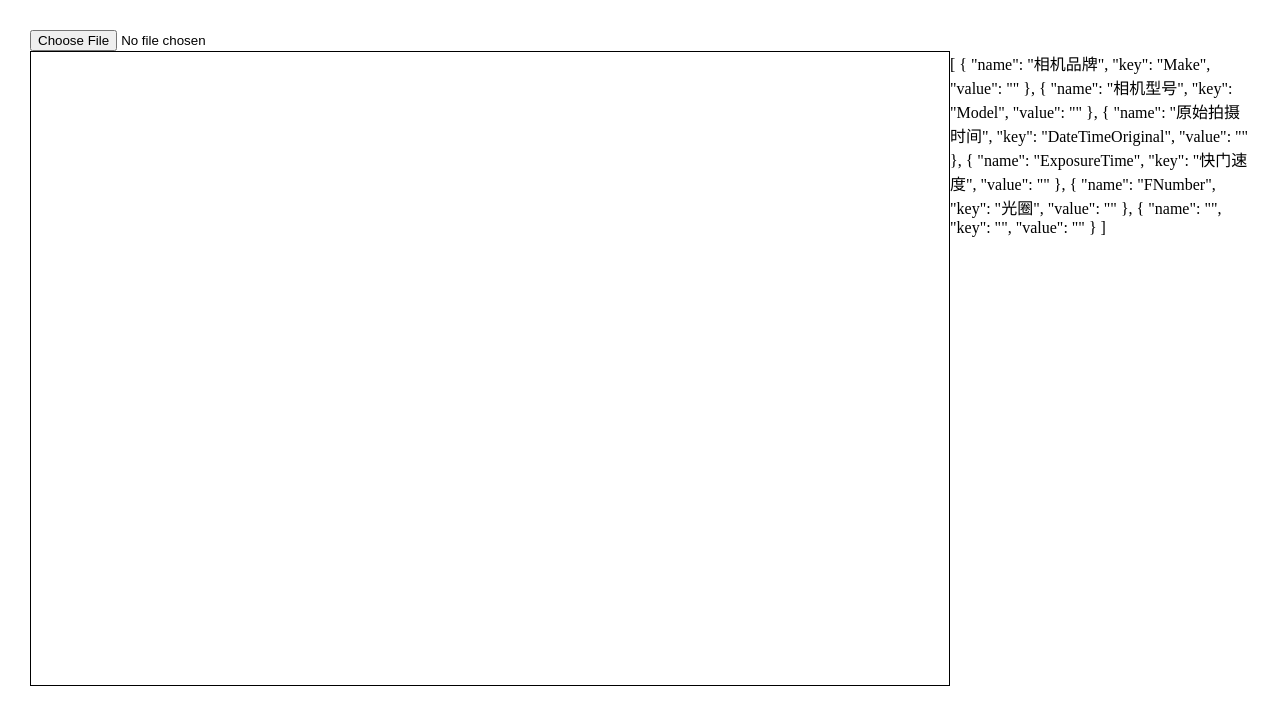
Repository: Gaays/camera-watermark
Page: /
The author's editor kept a copy of each file at every save. The page is drawn from the files as they stood at one save, then again after the next save.
The browser window is 1280 px wide. The pictures show the whole page.
The project was rebuilt for these pictures with package versions that can differ from the ones it lists, and the page was loaded fresh each time. Also part of the build but not shown: vue.config.js.

Above is the page before, as saved 2024-08-17 21:24:48.

### src/App.vue
<template>
  <CameraWatermark />
</template>

<script setup>
import CameraWatermark from './components/cameraWatermark.vue'

</script>

<style>
* {
  box-sizing: border-box;
}

html,
body,
#app {
  margin: 0;
  padding: 0;
  width: 100vw;
  height: 100vh;
}</style>

### src/components/cameraWatermark.vue
<template>
  <div class="content">
    <input type="file" id="fileInput" accept="image/*" @change="handleFileChange">
    <div class="show-box">
      <canvas id="imageCanvas" style="border: 1px solid black;"></canvas>
      <div class="data-box">
        <span>{{ output }}</span>
      </div>
    </div>
  </div>
</template>

<script setup>
import { ref, onMounted } from 'vue'
import EXIF from 'exif-js'

const output = ref([
  {
    name: '相机品牌', key: 'Make', value: ''
  },
  {
    name: '相机型号', key: 'Model', value: ''
  },
  {
    name: '原始拍摄时间', key: 'DateTimeOriginal', value: ''
  },
  {
    name: 'ExposureTime', key: '快门速度', value: ''
  },
  {
    name: 'FNumber', key: '光圈', value: ''
  },
  {
    name: '', key: '', value: ''
  },
])

const handleExif = (arrayBuffer) => {
  const exifData = EXIF.readFromBinaryFile(arrayBuffer);
  const data = JSON.stringify(exifData, null, 2);

}

const handleFileChange = (event) => {
  const file = event.target.files[0];
  if (file) {
    const reader = new FileReader();

    reader.onload = function (e) {
      const arrayBuffer = e.target.result;
      const originImg = URL.createObjectURL(file);
      // 读exif数据
      handleExif(arrayBuffer)

      // canvas渲染图片
      const img = new Image();
      img.onload = function () {
        const canvas = document.getElementById('imageCanvas');
        const ctx = canvas.getContext('2d');
        ctx.clearRect(0, 0, imgBox.value.width, imgBox.value.height);
        const aspectRatio = img.width / img.height;
        let imgWidth = 0
        let imgHeight = 0
        if (img.width >= img.height) {
          imgWidth = imgBox.value.width;
          imgHeight = imgWidth / aspectRatio;
        } else {
          imgHeight = imgBox.value.height;
          imgWidth = imgHeight * aspectRatio;
        }

        // 将图片绘制到 canvas 上
        ctx.drawImage(img, 0, 0, imgWidth, imgHeight);
      };
      img.src = originImg; // 设置图片源为读取的文件数据
    };

    reader.readAsArrayBuffer(file);
  }
}

const imgBox = ref({
  width: 0,
  height: 0
})
const initData = () => {
  const dom = document.getElementById('imageCanvas');
  const domSizeData = dom.getClientRects();
  imgBox.value = {
    width: domSizeData[0].width,
    height: domSizeData[0].height,
  }
  const canvas = document.getElementById('imageCanvas');
  canvas.width = imgBox.value.width;
  canvas.height = imgBox.value.height;
}

onMounted(() => {
  initData()
})
</script>

<!-- Add "scoped" attribute to limit CSS to this component only -->
<style lang="scss" scoped>
.content {
  width: 100%;
  height: 100%;
  padding: 30px 30px;

  .show-box {
    width: 100%;
    height: calc(100% - 25px);
    display: flex;

    #imageCanvas {
      width: calc(100% - 300px);
      height: 100%;
    }

    .data-box {
      width: 300px;
      height: 100%;
      overflow: auto;
    }
  }
}
</style>

Loaded but not shown: public/index.html (common file); src/main.js (common file)

After the next save:
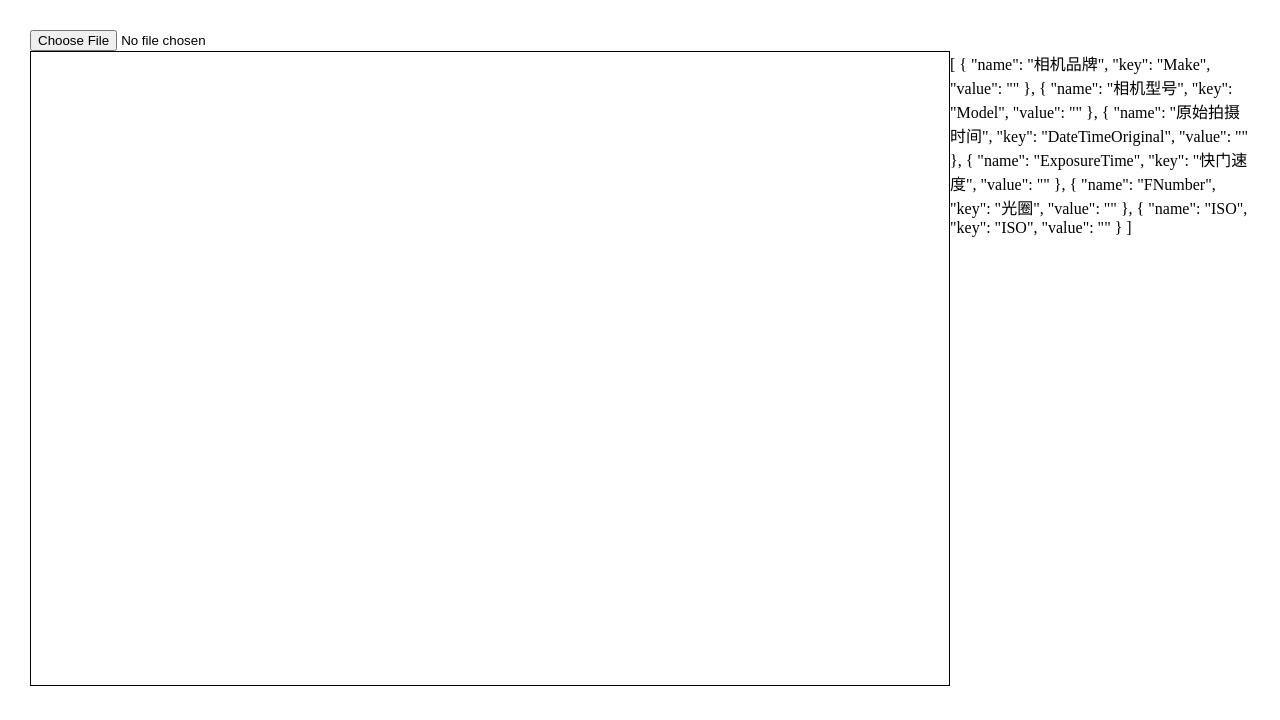
Saved 50 s later.
--- a/src/components/cameraWatermark.vue
+++ b/src/components/cameraWatermark.vue
@@ -31,13 +31,19 @@ const output = ref([
     name: 'FNumber', key: '光圈', value: ''
   },
   {
-    name: '', key: '', value: ''
+    name: 'ISO', key: 'ISO', value: ''
   },
 ])
 
 const handleExif = (arrayBuffer) => {
   const exifData = EXIF.readFromBinaryFile(arrayBuffer);
   const data = JSON.stringify(exifData, null, 2);
+  output.value.forEach(key => {
+    console.log('🚀 ~ handleExif ~ key:', key);
+    if (data[key.key]) {
+      key.value = data[key.key];
+    }
+  })
 
 }
 
